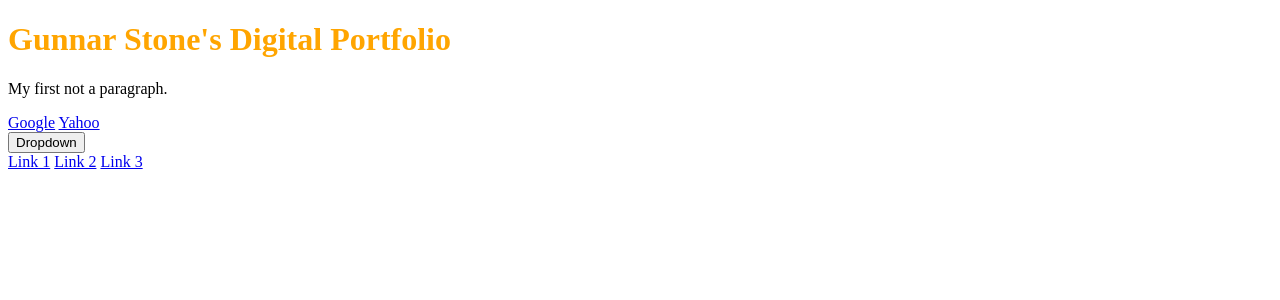
Repository: GunnarStone/GunnarStone.github.io
Page: index.html
The author's editor kept a record of every edit. The page is drawn from the files as they stood at one moment, then again after the next edit.
The browser window is 1280 px wide. The pictures show the whole page.

Above is the page before.

After the next edit:
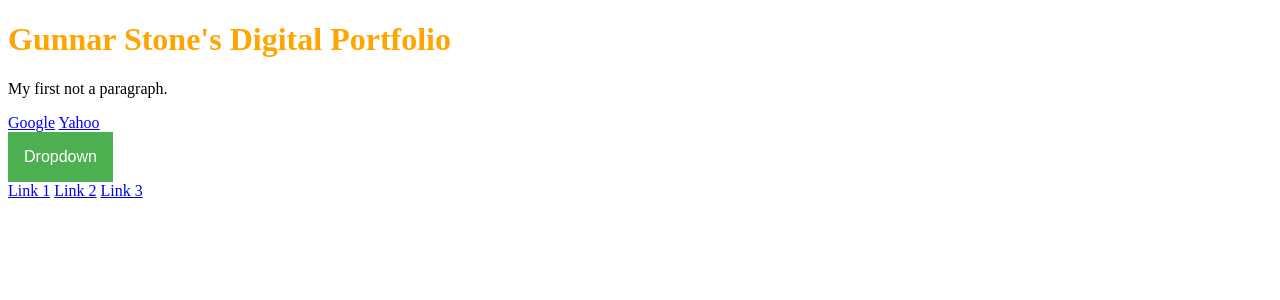
The edit:
--- a/index.html
+++ b/index.html
@@ -9,16 +9,14 @@
           background-color: orange;
           color:white;
         }
-        .moreLinks {
-            color: white;
-            font-size:24px;
-            padding:16px;
-            float: left;
+       .dropbtn {
+          background-color: #4CAF50;
+          color: white;
+          padding: 16px;
+          font-size: 16px;
+          border: none;
         }
-        .moreLinks:hover .dropdownContent{
-            display: block;
 
-        }
         </style>
         <title>My Little Digital Portfolio</title>
     </head>
